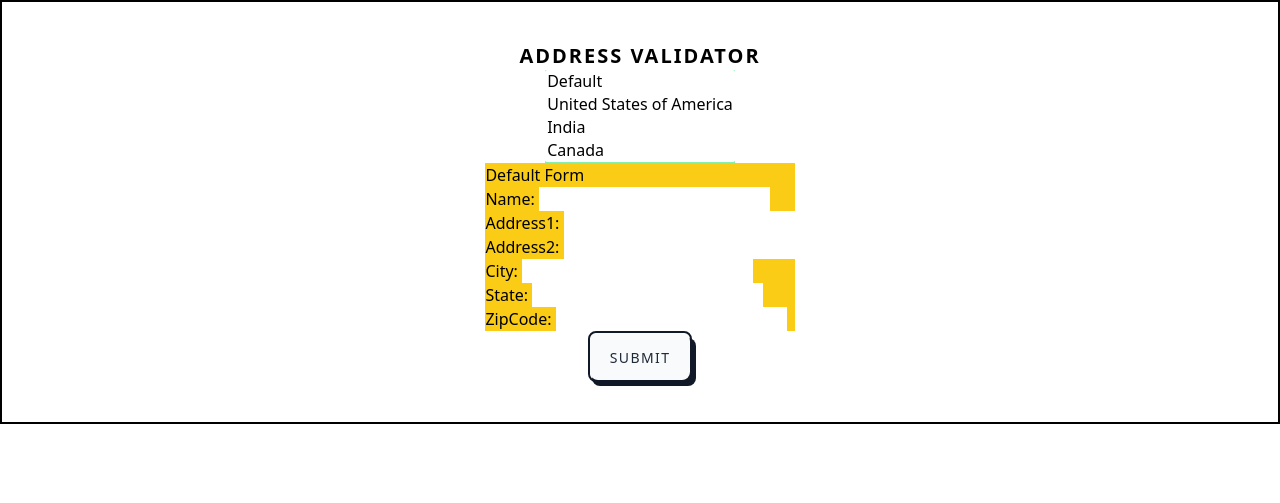
Repository: jay-singhvi/SWArchDesign_TeamProject
Page: / (app in frontend/address-validation/)
These files come from the project's save history. The page is drawn as it stood at one moment and after the next save; the edit follows.
The browser window is 1280 px wide. The pictures show the whole page.
The project was rebuilt for these pictures with package versions that can differ from the ones it lists, and the page was loaded fresh each time. Also part of the build but not shown: frontend/address-validation/src/App.css.

Above is the page before, as saved 2023-03-07 13:58:33.

After the next save:
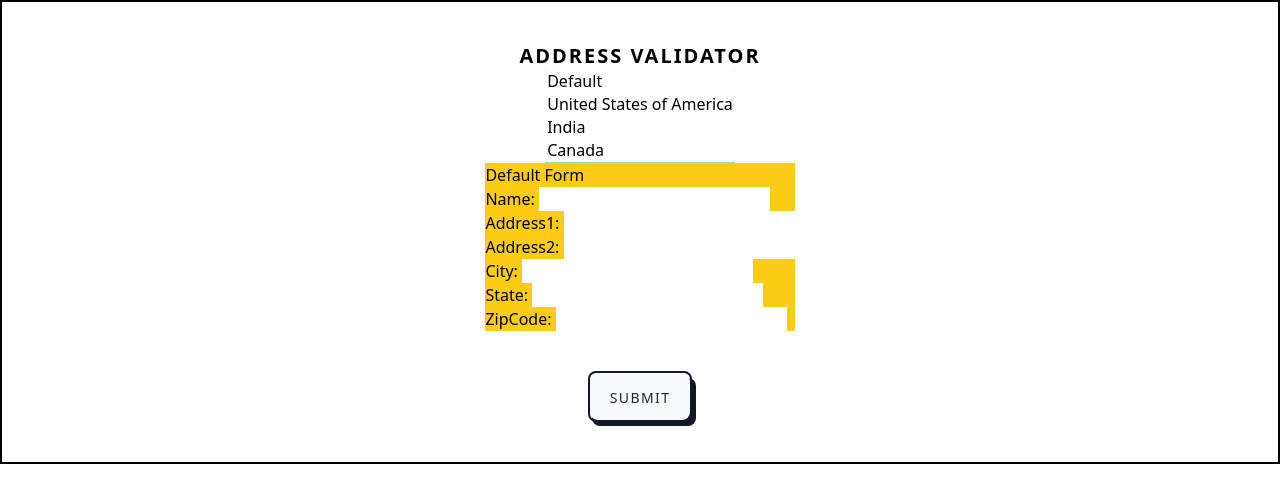
Saved 8 s later.
--- a/frontend/address-validation/src/App.js
+++ b/frontend/address-validation/src/App.js
@@ -156,7 +156,7 @@ function App() {
         {/* <button type="submit" onClick={findAddress}>
           Submit
         </button> */}
-        <a href="#_" class="relative inline-block text-lg group">
+        <a href="#_" class="relative inline-block text-lg group mt-10">
           <span class="relative z-10 block px-5 py-3 overflow-hidden font-medium leading-tight text-gray-800 transition-colors duration-300 ease-out border-2 border-gray-900 rounded-lg group-hover:text-white">
             <span class="absolute inset-0 w-full h-full px-5 py-3 rounded-lg bg-gray-50"></span>
             <span class="absolute left-0 w-48 h-48 -ml-2 transition-all duration-300 origin-top-right -rotate-90 -translate-x-full translate-y-12 bg-gray-900 group-hover:-rotate-180 ease"></span>
